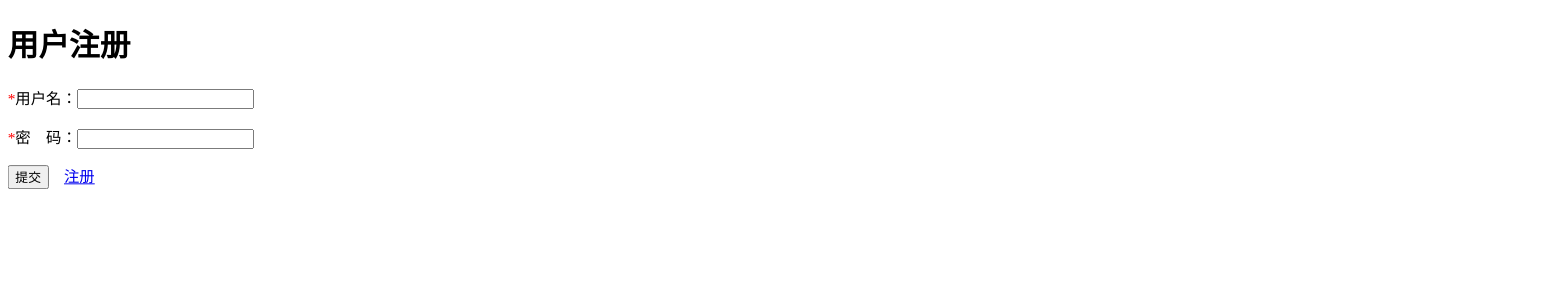
Repository: Nicoleqwerty/2018-
Page: web/hw3/WebContent/register.html
These files come from the project's save history. The page is drawn as it stood at one moment and after the next save; the edit follows.
The browser window is 1280 px wide. The page is 1280 px wide, then 1633 px, then 1280 px, so the pictures cover 1633 px, including what lies to the right of the window. The pictures show the whole page, at 96% of full size.

Above is the page before, as saved 2018-07-03 11:40:16.

### web/hw3/WebContent/register.html
<!DOCTYPE html>
<html>
<head>
<meta charset="UTF-8">
<title>Insert title here</title>
</head>
<body>
	<h1>用户注册</h1>
	<form action="RegisterServlet" method="post">
		<p align="left">
			 <span style="color:red">*</span>用户名：<input name="uname" type="text" size=20>
		</p>
		<p align="left">
			 <span style="color:red">*</span>密&nbsp;&nbsp;&nbsp;&nbsp;码：<input name="mm" type="password">
		</p>
		<input type="submit" value="提交"> &nbsp;&nbsp;&nbsp;<a
			href="register.html">注册</a>
	</form>
</body>
</html>

After the next save:
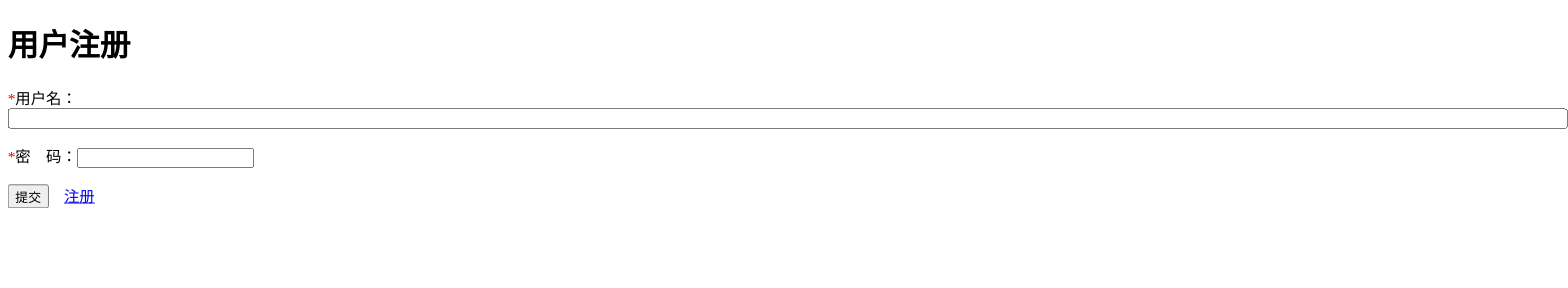
Saved 5 s later.
--- a/web/hw3/WebContent/register.html
+++ b/web/hw3/WebContent/register.html
@@ -8,7 +8,7 @@
 	<h1>用户注册</h1>
 	<form action="RegisterServlet" method="post">
 		<p align="left">
-			 <span style="color:red">*</span>用户名：<input name="uname" type="text" size=20>
+			 <span style="color:red">*</span>用户名：<input name="uname" type="text" size=200>
 		</p>
 		<p align="left">
 			 <span style="color:red">*</span>密&nbsp;&nbsp;&nbsp;&nbsp;码：<input name="mm" type="password">

After the save that followed:
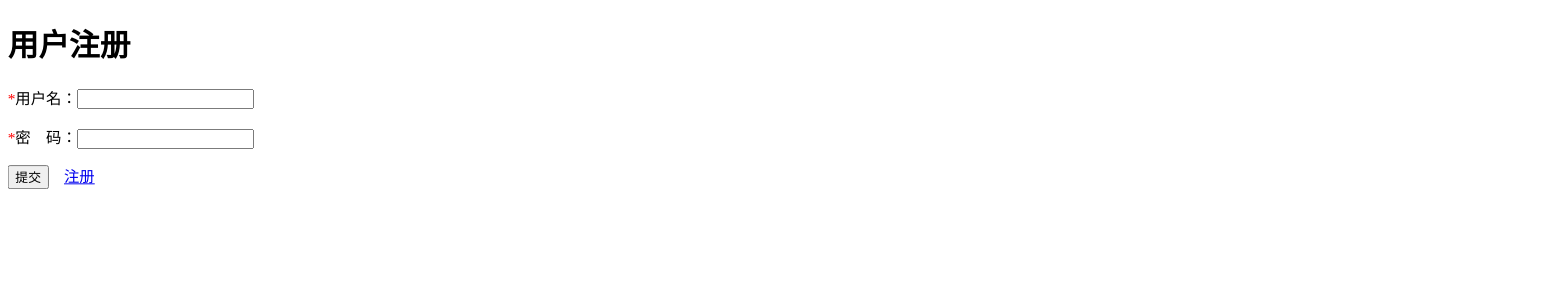
Saved 8 s later.
--- a/web/hw3/WebContent/register.html
+++ b/web/hw3/WebContent/register.html
@@ -8,7 +8,7 @@
 	<h1>用户注册</h1>
 	<form action="RegisterServlet" method="post">
 		<p align="left">
-			 <span style="color:red">*</span>用户名：<input name="uname" type="text" size=200>
+			 <span style="color:red">*</span>用户名：<input name="uname" type="text" size=20>
 		</p>
 		<p align="left">
 			 <span style="color:red">*</span>密&nbsp;&nbsp;&nbsp;&nbsp;码：<input name="mm" type="password">
